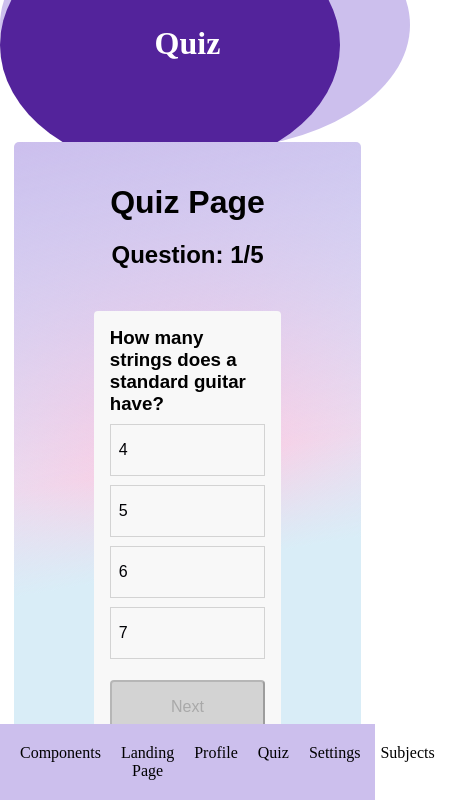
Repository: 1medi/pocketprof
Page: /quiz/page
An editor plug-in stored every save of this project. The page is shown before and after the next save, followed by the edit.
The browser window is 375 px wide. The page is 475 px wide, so the pictures cover 475 px, including what lies to the right of the window. The pictures show the whole page.
The project was rebuilt for these pictures with package versions that can differ from the ones it lists, and the page was loaded fresh each time. The framework's server and built-in components were replaced by stand-ins that run in the browser. Also part of the build but not shown: next.config.mjs, Components/Buttons/Oscar/Oscar.module.css, Components/Buttons/Oscar/index.js.

Above is the page before, as saved 2024-04-13 19:47:04.

After the next save:
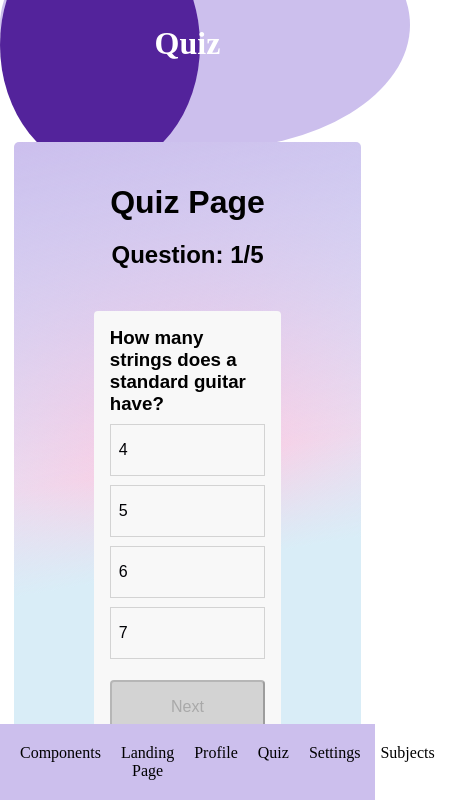
Saved 11 s later.
--- a/Components/Header/Header.module.css
+++ b/Components/Header/Header.module.css
@@ -36,7 +36,7 @@
 
 .circleTwo {
   background-color: var(--main-color-purple);
-  width: 340px;
+  width: 200px;
   height: 250px;
   margin-top: 220px;
   margin-left: -100px;
